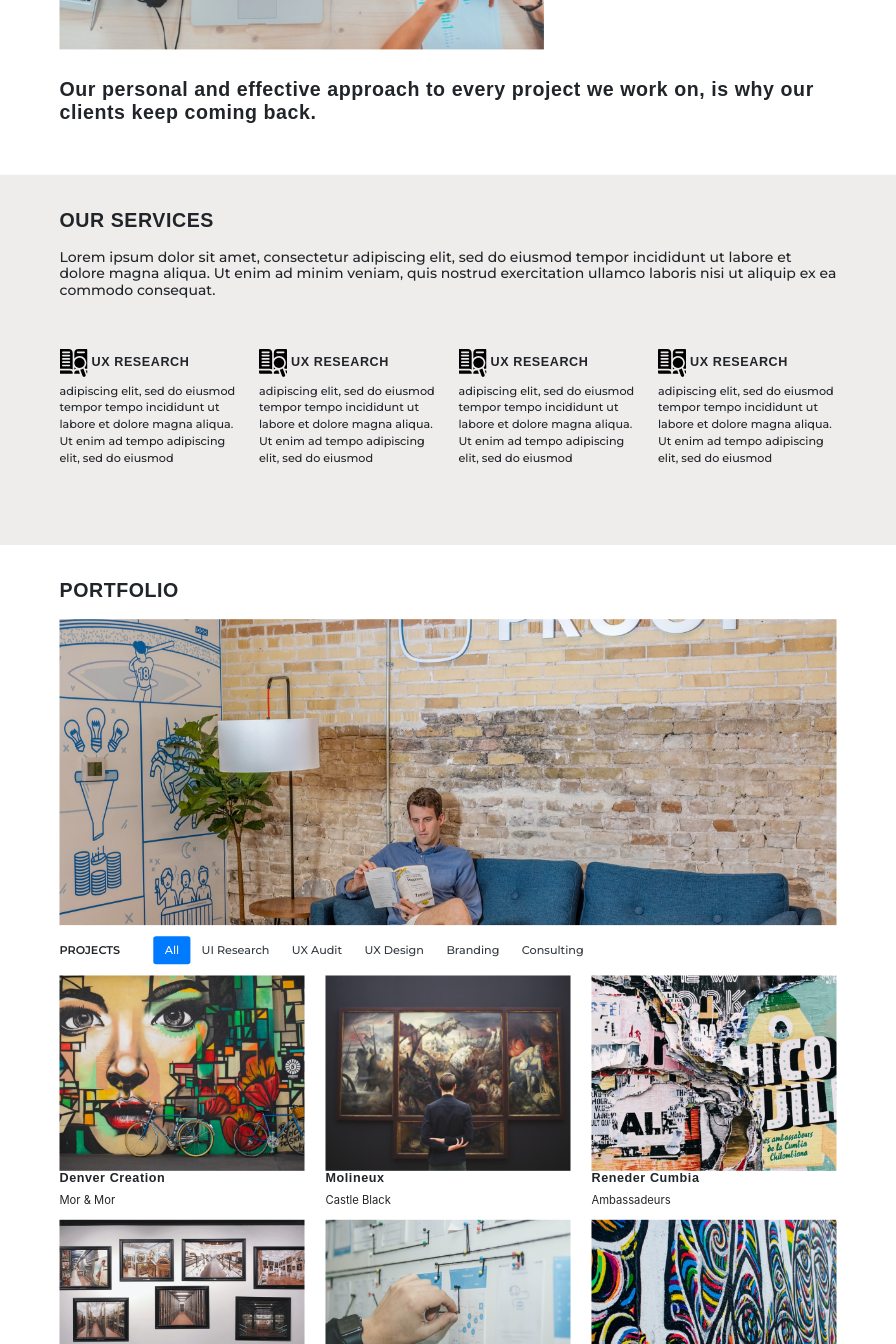
Repository: Syfon01/hng-port
Page: index.html
These files come from the project's save history. The page is drawn as it stood at one moment and after the next save; the edit follows.
The browser window is 1280 px wide. The pictures show the part of the page from y = 1121 to 3041 px (the page is 3883 px tall), at 70% of full size.
Some web fonts or font styles are not loaded; a fallback is used.

Above is the page before, as saved 2020-06-28 19:39:22.

After the next save:
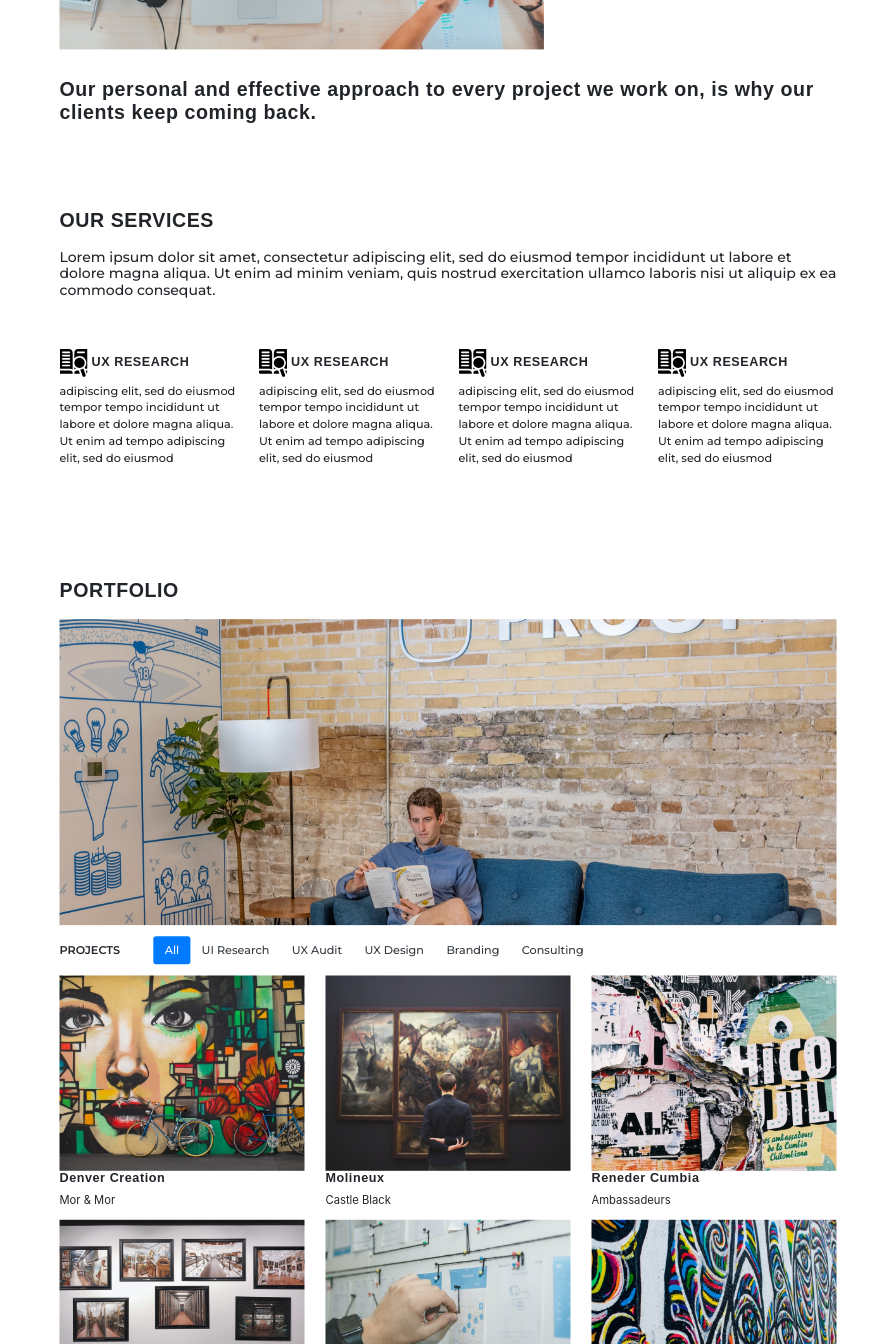
Saved 25 s later.
--- a/style.css
+++ b/style.css
@@ -50,7 +50,7 @@ h3{
   font-weight: 500;
   font-size: 1rem;
 }
-#services, #testimonials{
+#services, {
   background-color: #EEEDEC;
 }
 h4{
